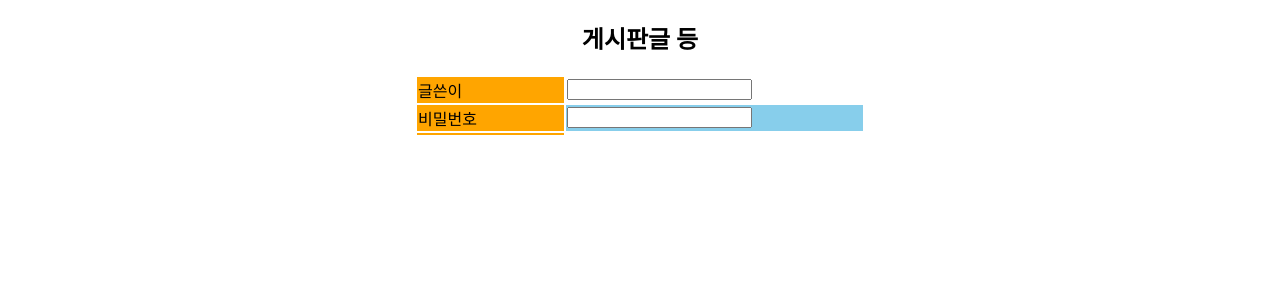
Repository: ReadStar/Jsp_MVC
Page: http://localhost/MVC_Board/board/qna_board_write.jsp
An editor plug-in stored every save of this project. The page is shown before and after the next save, followed by the edit.
The browser window is 1280 px wide. The pictures show the whole page.
The page is served by Tomcat 9.

Above is the page before, as saved 2020-11-10 01:48:55.

After the next save:
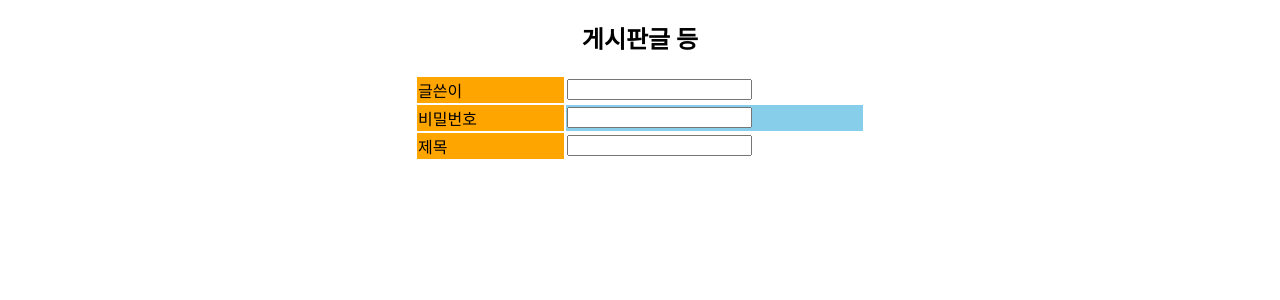
Saved 70 s later.
--- a/MVC_Board/WebContent/board/qna_board_write.jsp
+++ b/MVC_Board/WebContent/board/qna_board_write.jsp
@@ -53,7 +53,9 @@ table{
 					<td class="td_right"><input name="board_pass" type="password" id="board_pass" required="required"/></td>
 				</tr>
 				<tr>
-					<td class="td_left"><label for="BOARD_SUBJECT"
+					<td class="td_left"><label for="board_subject">제목</label></td>
+					<td class="td_rifht"><input name="board_subject" type="text" id="board_subject" required="required"/></td>
+				</tr>
 			</table>
 			</form>
 	</section>
